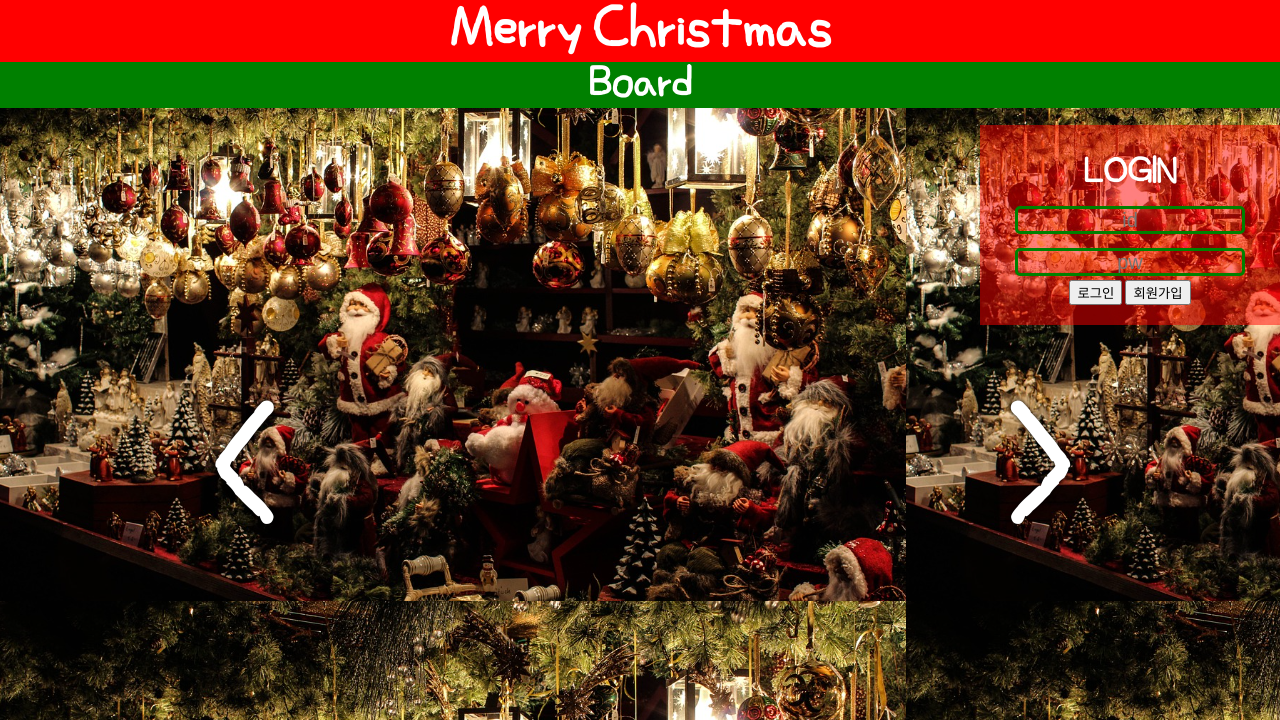
Repository: kmw7691/Soldesk
Page: http://localhost/Nov22_1_MemberCheck/BoardPageController?p=2
The author's editor kept a copy of each file at every save. The page is drawn from the files as they stood at one save, then again after the next save.
The browser window is 1280 px wide. The pictures show the whole page.
The page is served by Tomcat 9. Queries for data that is not in the repository find no rows.

Above is the page before, as saved 2023-11-27 03:40:48.

After the next save:
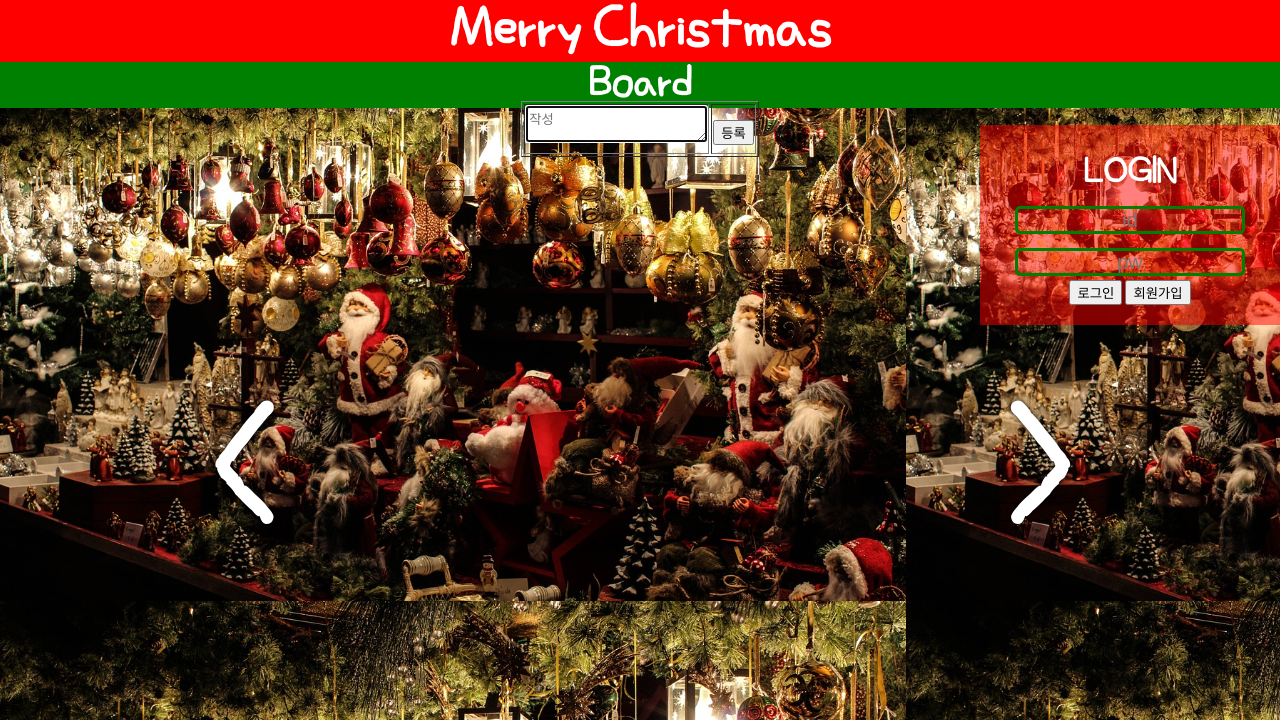
Saved 93 min 55 s later.
--- a/JSPModel2/Nov22_1_MemberCheck/src/main/webapp/board/board.jsp
+++ b/JSPModel2/Nov22_1_MemberCheck/src/main/webapp/board/board.jsp
@@ -15,7 +15,17 @@
 		 1.로그인이 되어야 글을 쓸수잇도록
 		 2.글쓸수잇는 부분이 보여야 + 버튼 <->controller
 	--%>
-
+	<table id="writeBoard" border="1">
+		<tr>
+			<td>
+				<textarea placeholder="작성" autocomplete="off" autofocus="autofocus"
+				maxlength="200" name="b_text"></textarea>
+			</td>
+			<td>
+				<button>등록</button>
+			</td>
+		</tr>
+	</table>
 
 
 
